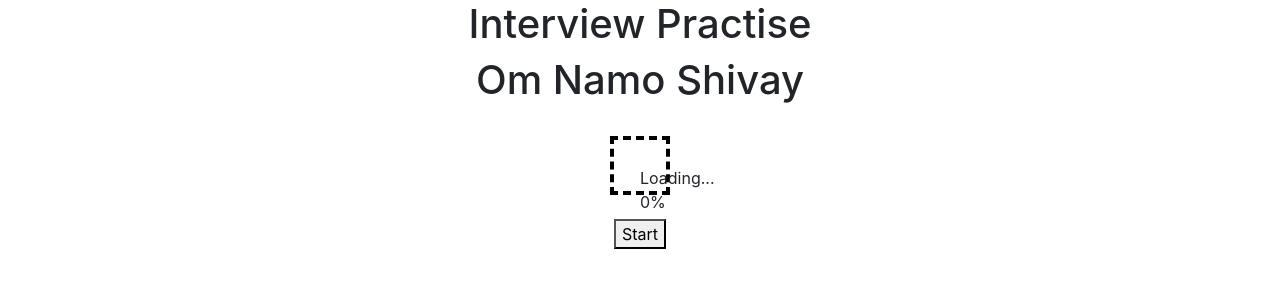
Repository: punitbathija/Machine-Round-React
Page: /
These files come from the project's save history. The page is drawn as it stood at one moment and after the next save; the edit follows.
The browser window is 1280 px wide. The pictures show the whole page.
The project was rebuilt for these pictures with package versions that can differ from the ones it lists, and the page was loaded fresh each time. Also part of the build but not shown: src/components/counter.jsx.

Above is the page before, as saved 2023-06-01 12:44:28.

After the next save:
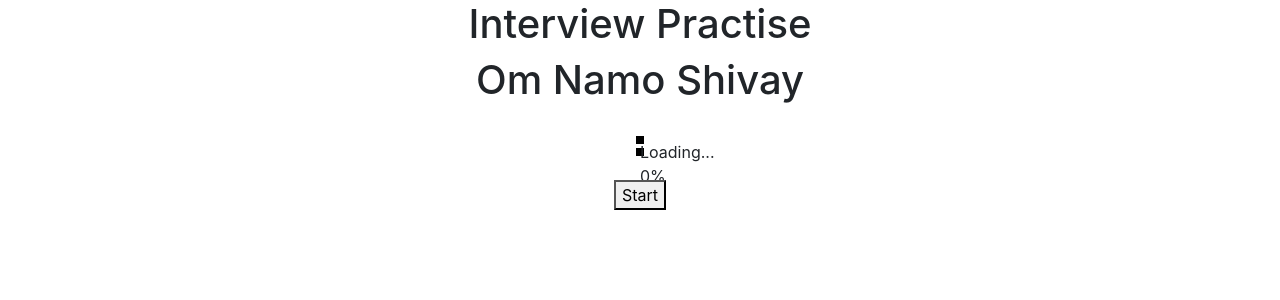
Saved 10 s later.
--- a/src/components/ProgressBar.js
+++ b/src/components/ProgressBar.js
@@ -33,7 +33,6 @@ const ProgressBar = () => {
           //   color: "white",
           transition: "ease",
           border: "4px dashed black",
-          padding: "2%",
         }}
       >
         Loading... {progress}%
